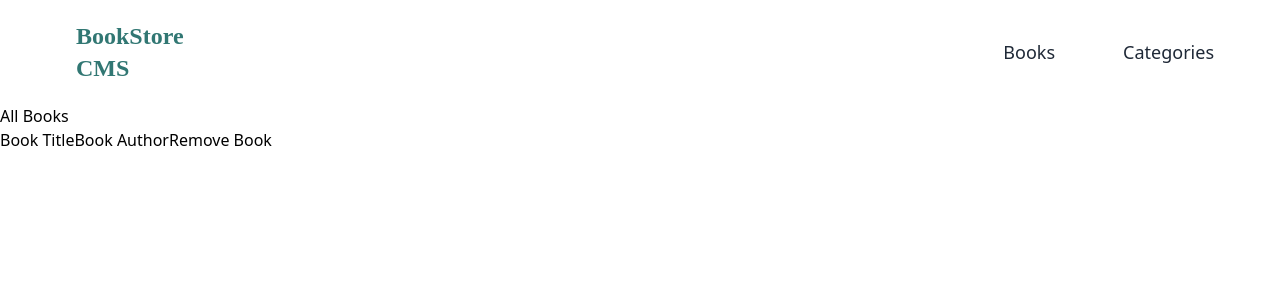
Repository: kennedyowusu/bookstore
Page: /
An editor plug-in stored every save of this project. The page is shown before and after a run of saves, followed by the edit.
The browser window is 1280 px wide. The pictures show the whole page.
The project was rebuilt for these pictures with package versions that can differ from the ones it lists, and the page was loaded fresh each time. Also part of the build but not shown: src/Pages/Categories.jsx, src/Pages/NotFound.jsx.

Above is the page before, as saved 2023-01-21 06:13:55.

### src/index.js
import React from 'react';
import ReactDOM from 'react-dom/client';
import './index.css';
import App from './App';

import { BrowserRouter as Router } from 'react-router-dom';

const root = ReactDOM.createRoot(document.getElementById('root'));
root.render(
  <React.StrictMode>
    <Router>
      <App />
    </Router>
  </React.StrictMode>
);

### src/App.js
import { Routes, Route } from 'react-router-dom';

import Layout from './appLayout/Layout';
import AllBooks from './Pages/AllBooks';
import Categories from './Pages/Categories';
import NotFound from './Pages/NotFound';

function App() {
  return (
    <div
      className='bg-[#ccc]-600 w-full h-screen'
    >
      <Routes>
        <Route path='/' element={<Layout />}>
          <Route path='/' element={<AllBooks />} />
          <Route path='categories' element={<Categories />} />
          <Route path='*' element={<NotFound />} />
        </Route>
      </Routes>
    </div>
  )
}

export default App;

### src/appLayout/Layout.jsx
import React from 'react'
import { Outlet } from 'react-router'
import Navbar from '../components/Navbar'

const Layout = () => {
  return (
    <div>
      <Navbar />
      <main>
        <Outlet />
      </main>
    </div>
  )
}

export default Layout

### src/Pages/AllBooks.jsx
import React from 'react'

const AllBooks = () => {
 return (
  <div>
   <h1>All Books</h1>
   <span>Book Title</span>
   <span>Book Author</span>

   <button type='submit'>Remove Book</button>
  </div>
 )
}

export default AllBooks

### src/components/Navbar.jsx
import React from 'react'
import { NavLink } from 'react-router-dom'
import navLink from '../utils/constants'

const Navbar = () => {
 return (
   <div>
     <nav className='bg-[#ccc]-600'>
       <div className='md:flex items-center justify-between bg-white py-4 md:py-5 md:px-14'>
         <div className='font-bold text-2xl cursor-pointer flex items-center font-[Poppins] text-gray-800 justify-between px-5'>
           <div
             className='
          flex items-center justify-between
          '
           >
             <h2 className='text-[#317773]'>BookStore CMS</h2>
           </div>
         </div>

         <div className='flex items-center justify-end w-full'>
           <ul className='md:items-center gap-4 hidden md:flex lg:flex'>
             {navLink.map((link) => (
               <li key={link.name} className='md:ml-8 text-xl'>
               <NavLink
                to={link ? link.link : '/'}
                className='text-gray-800 font-medium text-lg hover:border-solid border-2 p-2 rounded-lg
                border-transparent hover:border-[#ccc] hover:text-bold hover:duration-500
                '
                activeClassName='text-[#317773]'
               >
                {link.name}
               </NavLink>

               </li>
             ))}
           </ul>
         </div>
       </div>
     </nav>
   </div>
 )
}

export default Navbar

### src/utils/constants.js

const navLink = [
 {
  name: 'Books',
  link: '/'
 },
 {
  name: 'Categories',
  link: '/categories'
 },
];

export default navLink;

### src/components/Books/InputForm.jsx
import React from 'react'

const InputForm = () => {
 return (
  <div>
   <form action="">
    <input type="text" placeholder='Enter Title' />
    <input type="text" placeholder='Enter Author' />
    <input type="submit" />
   </form>
  </div>
 )
}

export default InputForm

Loaded but not shown: public/index.html (common file); src/index.css (common file); tailwind.config.js (common file)

After the next 5 saves:
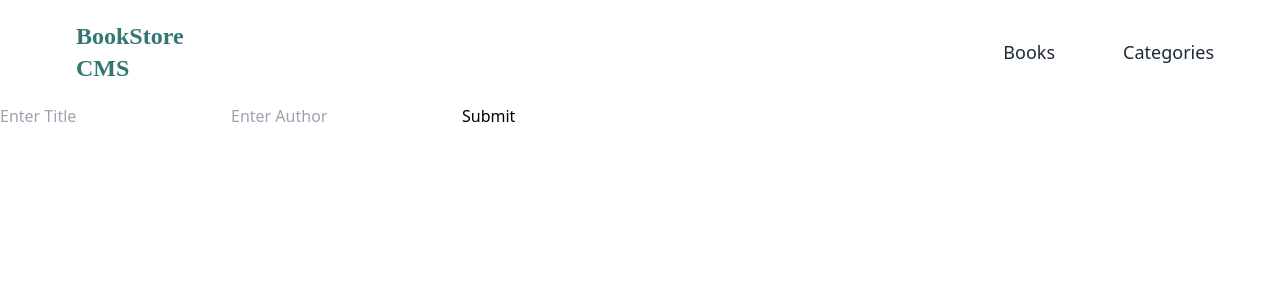
The 5 saves are shown as one change because 2 did not build or start and some came seconds apart.
The last was saved 38 s later.
--- a/src/Pages/AllBooks.jsx
+++ b/src/Pages/AllBooks.jsx
@@ -1,13 +1,10 @@
 import React from 'react'
+import InputForm from '../components/Books/InputForm'
 
 const AllBooks = () => {
  return (
   <div>
-   <h1>All Books</h1>
-   <span>Book Title</span>
-   <span>Book Author</span>
-
-   <button type='submit'>Remove Book</button>
+   <InputForm />
   </div>
  )
 }
